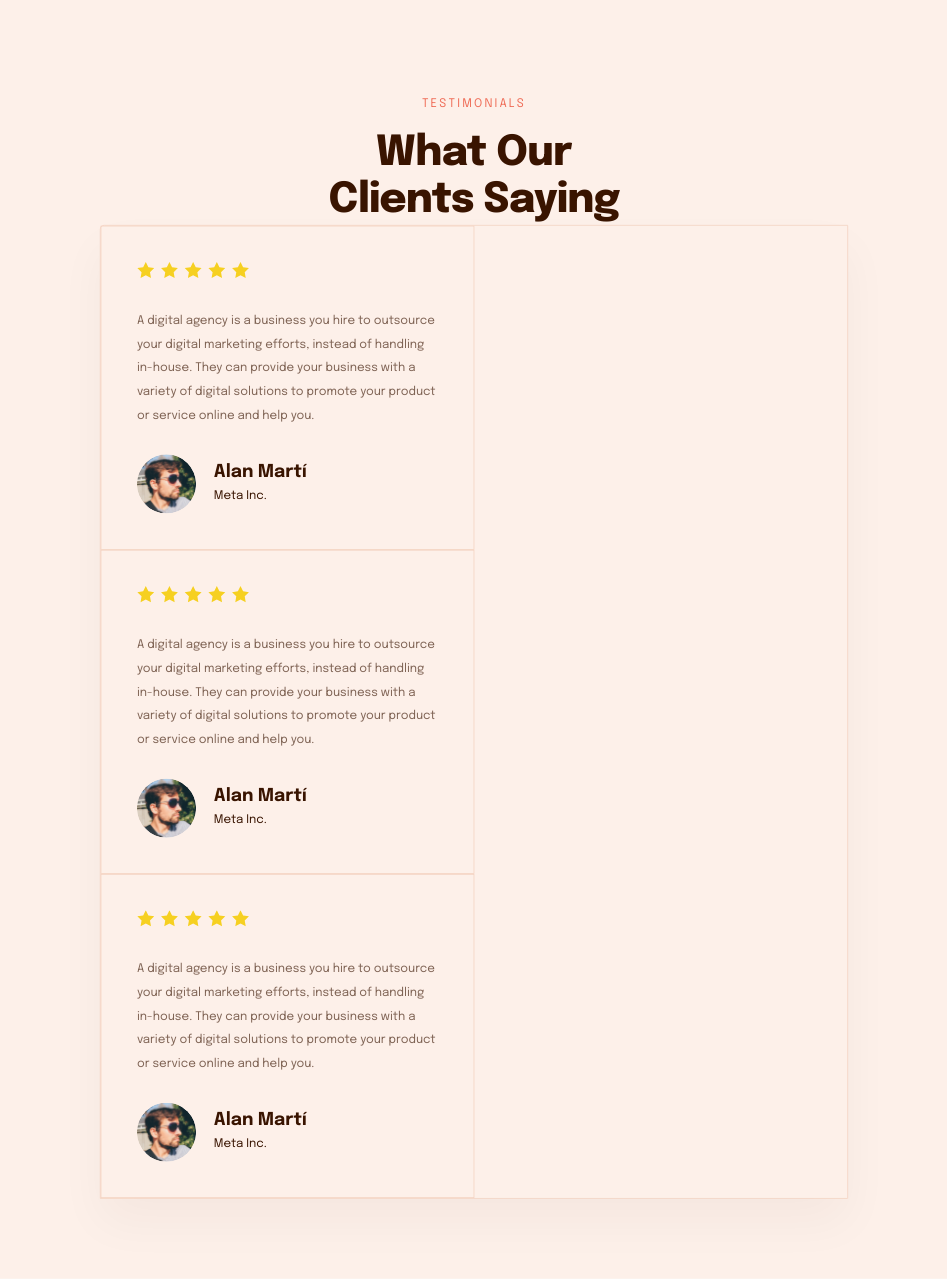
Repository: simralgasimov/task
Page: index.html
An editor plug-in stored every save of this project. The page is shown before and after the next save, followed by the edit.
The browser window is 1280 px wide. The pictures show the whole page, at 74% of full size.

Above is the page before, as saved 2023-09-06 13:47:05.

After the next save:
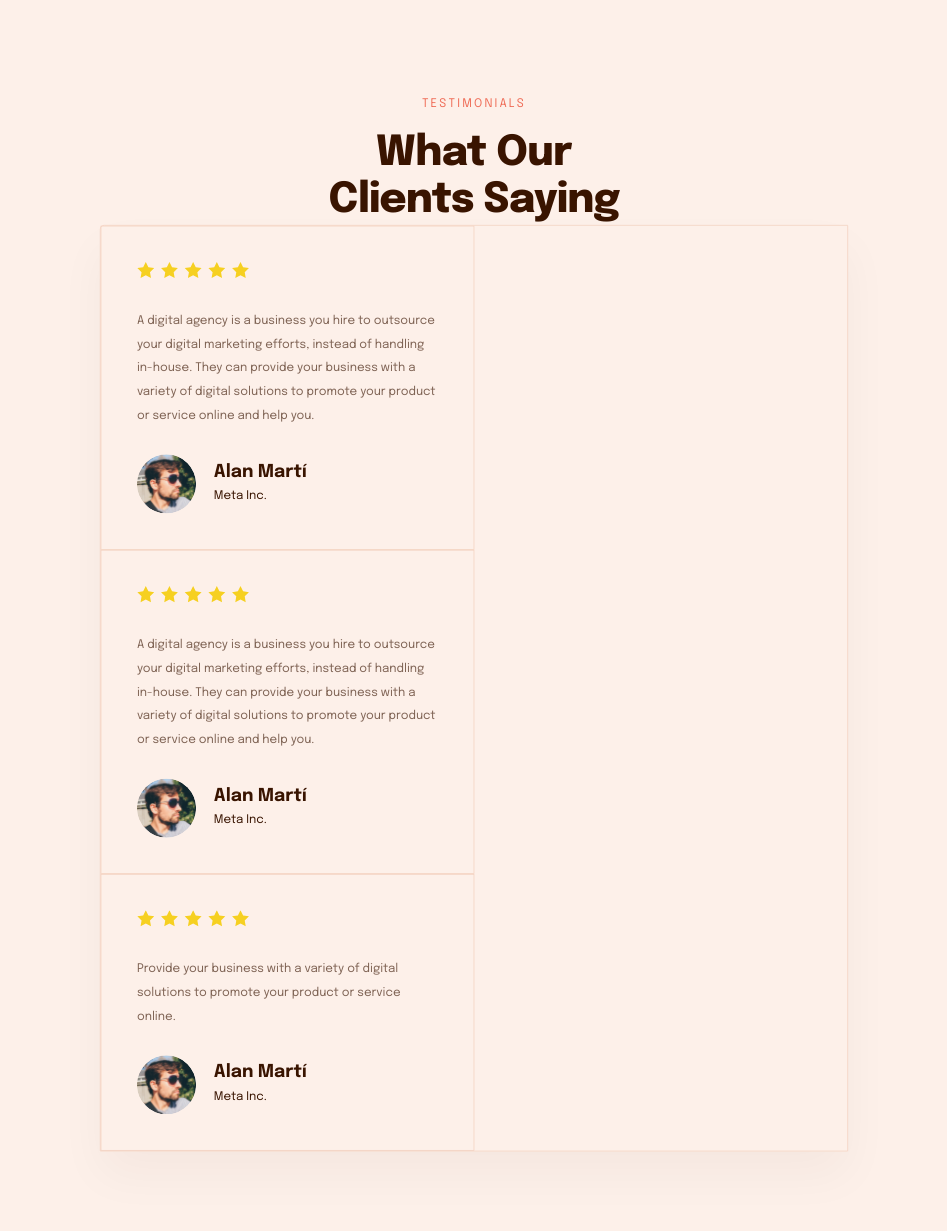
Saved 14 s later.
--- a/index.html
+++ b/index.html
@@ -45,9 +45,7 @@
       <div class="right-box">
         <div class="box">
           <img class="star-img" src="./img/star.svg" alt="" />
-          <p> A digital agency is a business you hire to outsource your digital marketing efforts, instead of handling
-            in-house. They can provide your business with a variety of digital solutions to promote your product or
-            service online and help you. </p>
+          <p> Provide your business with a variety of digital solutions to promote your product or service online. </p>
           <div class="user">
             <img src="./img/Oval.svg" alt="">
             <div class="user-info">
